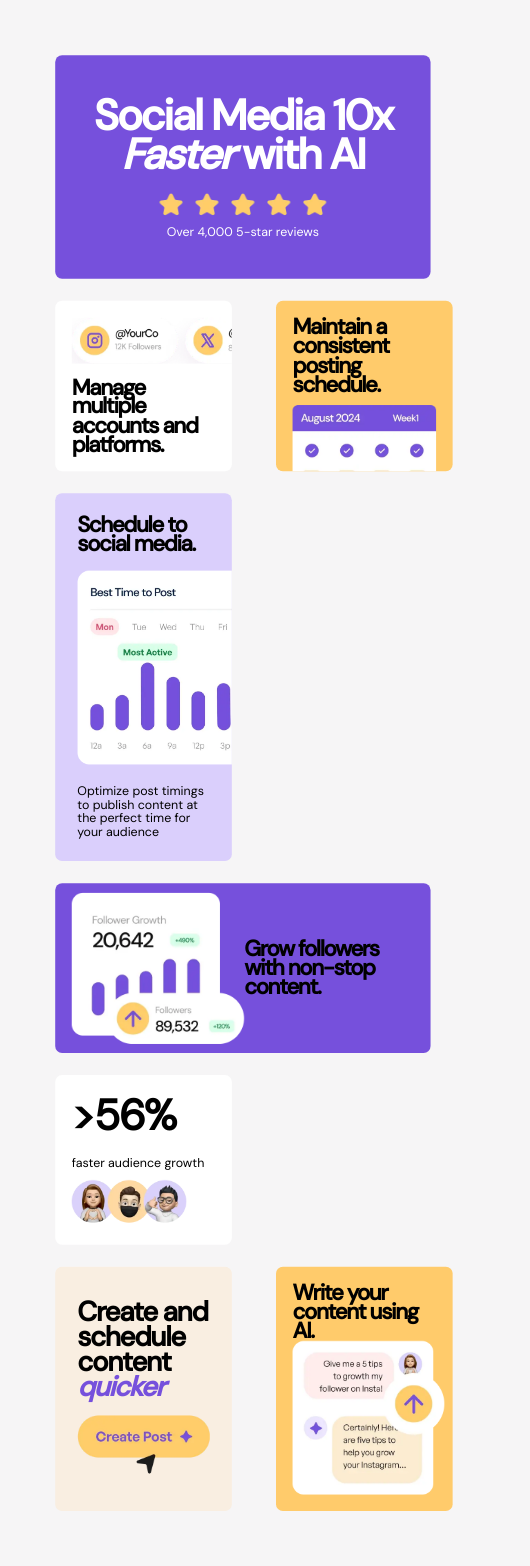
Repository: brandontaylor1/bento-grid
Page: index.html
The author's editor kept a copy of each file at every save. The page is drawn from the files as they stood at one save, then again after the next save.
The browser window is 768 px wide. The pictures show the whole page, at 69% of full size.

Above is the page before, as saved 2025-01-22 20:05:03.

### index.html
<!DOCTYPE html>
<html lang="en">
<head>
    <meta charset="UTF-8">
    <meta name="viewport" content="width=device-width, initial-scale=1.0">
    <link rel="stylesheet" href="styles.css">
    <title>Bento Grid</title>
</head>
<body>
    <main class="container">
        <div class="grid-container">
            <div class="grid-item-1">
                <h1>Social Media <span>10x </span><em>Faster </em>with AI </h1>
                <img src="./assets/images/illustration-five-stars.webp" alt="five star images">
                <p>Over 4,000 5-star reviews</p>
            </div>
            <div class="grid-item-2">
                <img src="./assets/images/illustration-multiple-platforms.webp" alt="two social media images">
                <h3>Manage multiple accounts and platforms.</h3>
            </div>
            <div class="grid-item-3">
                <h3>Maintain a consistent <br> posting schedule.</h3>
                <img src="./assets/images/illustration-consistent-schedule.webp" alt="schedule">
            </div>
            <div class="grid-item-4">
                <h3>Schedule to social media.</h3>
                <img src="./assets/images/illustration-schedule-posts.webp" alt="schedule of posts">
                <p>Optimize post timings to publish content at the perfect time for your audience</p>
            </div>
            <div class="grid-item-5">
                <img src="./assets/images/illustration-grow-followers.webp" alt="follower growth">
                <h3>Grow followers with non-stop content.</h3>
            </div>
            <div class="grid-item-6">
                <h2> >56%</h2>
                <p>faster audience growth</p>
                <img src="./assets/images/illustration-audience-growth.webp" alt="pictures of cartoon audience">
            </div>
            <div class="grid-item-7">
                <h2>Create and schedule content <em>quicker</em></h2>
                <img src="./assets/images/illustration-create-post.webp" alt="create post image">
            </div>
            <div class="grid-item-8">
                <h3>Write your content using AI.</h3>
                <img src="./assets/images/illustration-ai-content.webp" alt="Ai Content Image">
            </div>
        </div>
    </main>

</body>
</html>

### styles.css

@font-face {
    font-family: "DMSans-Medium";
    src: url('./assets/fonts/DMSans-Medium.ttf') format('truetype');
    font-weight: 500;
    font-style: normal;
}

@font-face {
    font-family: "DMSans-MediumItalic";
    src: url('./assets/fonts/DMSans-MediumItalic.ttf') format('truetype');
    font-weight: 500;
    font-style: italic;
}

@font-face {
    font-family: "DMSans-Regular";
    src: url('./assets/fonts/DMSans-Regular.ttf') format('truetype');
    font-weight: 400;
    font-style: normal;
}

* {
    margin: 0;
    padding: 0;
    box-sizing: border-box;

}

:root {

    /* COLORS */
    --purple100: hsl(254, 88%, 90%);
    --purple500: hsl(256, 67%, 59%);

    --yellow100: hsl(31, 66%, 93%);
    --yellow500: hsl(39, 100%, 71%);

    --white: hsl(0, 0%, 100%);
    --black: hsl(0, 0%, 0%);
    --font-black: #121212;

    --spacing-5: 40px;
    --spacing-4: 32px;
    --spacing-3: 24px;
    --spacing-2: 16px;
    --spacing-1: 8px;

    /* TYPOGRAPHY */
    --font-family-regular: "DMSans-Regular", sans-serif;
    --font-family-medium: "DMSans-Medium", sans-serif;

    --font-size-h1: 62px;
    --line-height-h1: 93.5%;
    --letter-spacing-h1: -3px;

    --font-size-h2: 40px;
    --line-height-h2: 90%;
    --letter-spacing-h2: -2px;

    --font-size-h3: 32px;
    --line-height-h3: 87.5%;
    --letter-spacing-h3: -2px;

    --font-size-p: 18px;
    --line-height-p: 111%;
    --letter-spacing-p: 0px;
}

/* TYPOGRAPHY */
h1 {
    font-family: var(--font-family-medium);
    font-size: var(--font-size-h1);
    line-height: var(--line-height-h1);
    letter-spacing: var(--letter-spacing-h1);
}

h2 {
    font-family: var(--font-family-medium);
    font-size: var(--font-size-h2);
    line-height: var(--line-height-h2);
    letter-spacing: var(--letter-spacing-h2);
}

h3 {
    font-family: var(--font-family-medium);
    font-size: var(--font-size-h3);
    line-height: var(--line-height-h3);
    letter-spacing: var(--letter-spacing-h3);
}

p {
    font-family: var(--font-family-regular);
    font-size: var(--font-size-p);
    line-height: var(--line-height-p);
    letter-spacing: var(--letter-spacing-p);

}

.container {
    height: auto;
    background-color: #F6F5F6;
    display: flex;
    justify-content: center;
    align-items: center;
}

.grid-container {
    height: 100%;
    width: 100%;
    max-width: 1440px;
    display: grid;
    grid-template-areas:
    " a a b b b b c c"
    " a a b b b b c c"
    " a a d d e e c c"
    " f f d d e e c c"
    " f f g g h h h h"
    " f f g g h h h h";
    gap: 32px;
    padding: 80px 160px 80px 160px;
    background-color: #F6F5F6;
}

.grid-item-1 {
    background-color: var(--purple500);
    color: var(--white);
    padding: 32px;
    border-radius: 10px;
    width: 544px;
    height: 324px;
    grid-area: b;
    display: flex;
    flex-direction: column;
    align-items: center;
    justify-content: center;
    text-align: center;
}

.grid-item-1 img {
    width: 250px;
    padding-top: 24px;
    padding-bottom: 8px;
}

.grid-item-2 {
    grid-area: d;
    width: 256px;
    height: auto;
    padding: 24px;
    border-radius: 10px;
    overflow: hidden;
    background-color: var(--white);
    display: flex;
    flex-direction: column;
    align-items: flex-start;
    justify-content: space-between;
}

.grid-item-2 img {
    width: 316px;
}

.grid-item-3 {
    grid-area: e;
    width: 256px;
    height: 247px;
    padding: 24px 24px 0 24px;
    border-radius: 10px;
    background-color: var(--yellow500);
    overflow: hidden;
}

.grid-item-3 img {
    width: 100%;
    padding-top: 16px;
}

.grid-item-4 {
    grid-area: c;
    width: 256px;
    height: auto;
    padding: 32px;
    flex-direction: column;
    align-items: flex-start;
    justify-content: space-between;
    border-radius: 10px;
    background-color: var(--purple100);
    overflow: hidden;
}

.grid-item-4 img {
    width: 315px;
    padding: 24px 0;
}

.grid-item-4 p {
    width: 100%;
}

.grid-item-5 {
    grid-area: h;
    width: 544px;
    height: 246px;
    padding: 24px;
    border-radius: 10px;
    background-color: var(--purple500);
    display: flex;
    flex-direction: row;
    align-items: center;
}

.grid-item-5 img {
    width: 250px;

}

.grid-item-6 {
    grid-area: g;
    width: 256px;
    height: 246px;
    padding: 24px;
    border-radius: 10px;
    background-color: var(--white);
    display: flex;
    flex-direction: column;
    align-items: flex-start;
    justify-content: space-around;
}

.grid-item-6 h2 {
    padding-bottom: 15px;
    font-size: var(--font-size-h1);
    font-family: var(--font-family-regular);
}

.grid-item-6 img {
    width: 80%;
}

.grid-item-7 {
    background-color: var(--yellow100);
    width: 256px;
    height: auto;
    padding: 32px;
    border-radius: 10px;
    display: flex;
    flex-direction: column;
    align-items: center;
    justify-content: center;
    grid-area: a;
}

.grid-item-7 em {
    color: var(--purple500);
}


.grid-item-7 img {
    width: 100%;
    padding-top: 24px;
}

.grid-item-8 {
    grid-area: f;
    width: 256px;
    height: auto;
    padding: 24px;
    display: flex;
    flex-direction: column;
    align-items: flex-start;
    justify-content: space-around;
    border-radius: 10px;
    background-color: var(--yellow500);
}

.grid-item-8 img {
    height: auto;
    width: 220px;
}

/* RESPONSIVE */

/* TABLET */

@media screen and (max-width: 768px) {
    .container {
        height: auto;
        background-color: #F6F5F6;
    }

    .grid-container {
        display: grid;
        grid-template-areas:
        " b b b b "
        " d d e e "
        " c c c c "
        " h h h h "
        " g g g g "
        " a a f f ";
        gap: var(--spacing-4);
        padding: 80px 80px 80px 80px;
    }
}

/* MOBILE */
@media screen and (max-width: 480px) {
    .container {
        height: auto;
        background-color: #F6F5F6;
    }

    .grid-container {
        display: grid;
        grid-template-areas:
        "a"
        "b"
        "c"
        "d"
        "e"
        "f"
        "g"
        "h";
        gap: var(--spacing-4);
    }

    .grid-item-1 {
        background-color: var(--purple500);
        color: var(--white);
        text-align: center;
        padding: 40px 32px;
        border-radius: 10px;
        width: 100%;
        grid-area: a;
    }

    .grid-item-1 h1 {
        padding-bottom: 24px;
    }

    .grid-item-1 img {
        width: 192px;
        padding-bottom: 8px;
    }

    .grid-item-1 span {
        color: var(--yellow500);
    }

    .grid-item-2 {
        background-color: var(--white);
        padding: 16px;
        border-radius: 10px;
        grid-area: b;
    }
    .grid-item-2 img {
        width: 100%;
    }

    .grid-item-2 h3 {
        color: #121212;
    }

    .grid-item-3 {
        background-color: var(--yellow500);
        padding: 16px;
        border-radius: 10px;
        overflow: hidden;
        grid-area: c;
    }

    .grid-item-3 img {
        width: 288px;
        height: auto;
        padding-top: 16px;
        margin-bottom: -40px;
    }

    .grid-item-4 {
        background-color: var(--purple100);
        padding: 32px;
        border-radius: 10px;
        text-align: center;
        grid-area: d;
    }

    .grid-item-4 img {
        width: 100%;
        padding: 24px 0;

    }

    .grid-item-5 {
        background-color: var(--purple500);
        color: var(--white);
        padding: 32px;
        border-radius: 10px;
        display: flex;
        flex-direction: column;
        align-items: center;
        justify-content: center;
        text-align: center;
        grid-area: e;
    }

    .grid-item-5 img {
        padding-bottom: 40px;
        width: 228px;
        height: auto;
    }

    .grid-item-5 h3 {
        width: 257px;
        height: auto;
    }

    .grid-item-6 {
        background-color: var(--white);
        padding: 16px;
        border-radius: 10px;
        text-align: left;
        padding: 24px;
        grid-area: f;
    }

    .grid-item-6 h2 {
        padding-bottom: 15px;
    }

    .grid-item-6 img {
       width: 50%;
       padding-top: 24px;

    }

    .grid-item-7 {
        background-color: var(--yellow100);
        padding: 32px;
        border-radius: 10px;
        text-align: left;
        grid-area: g;
    }

    .grid-item-7 img {
        width: 65%;
        padding-top: 24px;
    }

    .grid-item-7 em {
        color: var(--purple500);
    }

    .grid-item-8 {
        background-color: var(--yellow500);
        padding: 24px;
        border-radius: 10px;
        text-align: left;
        grid-area: h;
    }

    .grid-item-8 img {
        width: 75%;
        padding-top: 24px;
    }


}

After the next save:
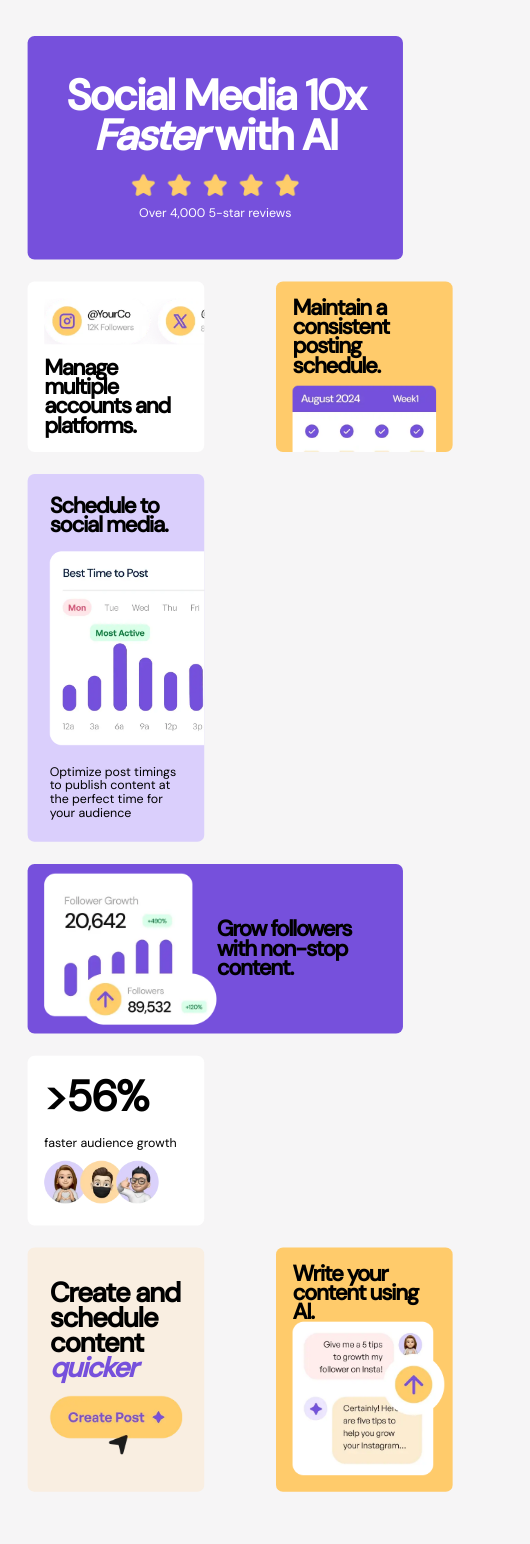
Saved 112 s later.
--- a/styles.css
+++ b/styles.css
@@ -299,7 +299,7 @@
         " g g g g "
         " a a f f ";
         gap: var(--spacing-4);
-        padding: 80px 80px 80px 80px;
+        padding: 52px 40px 75px 40px;
     }
 }
 
